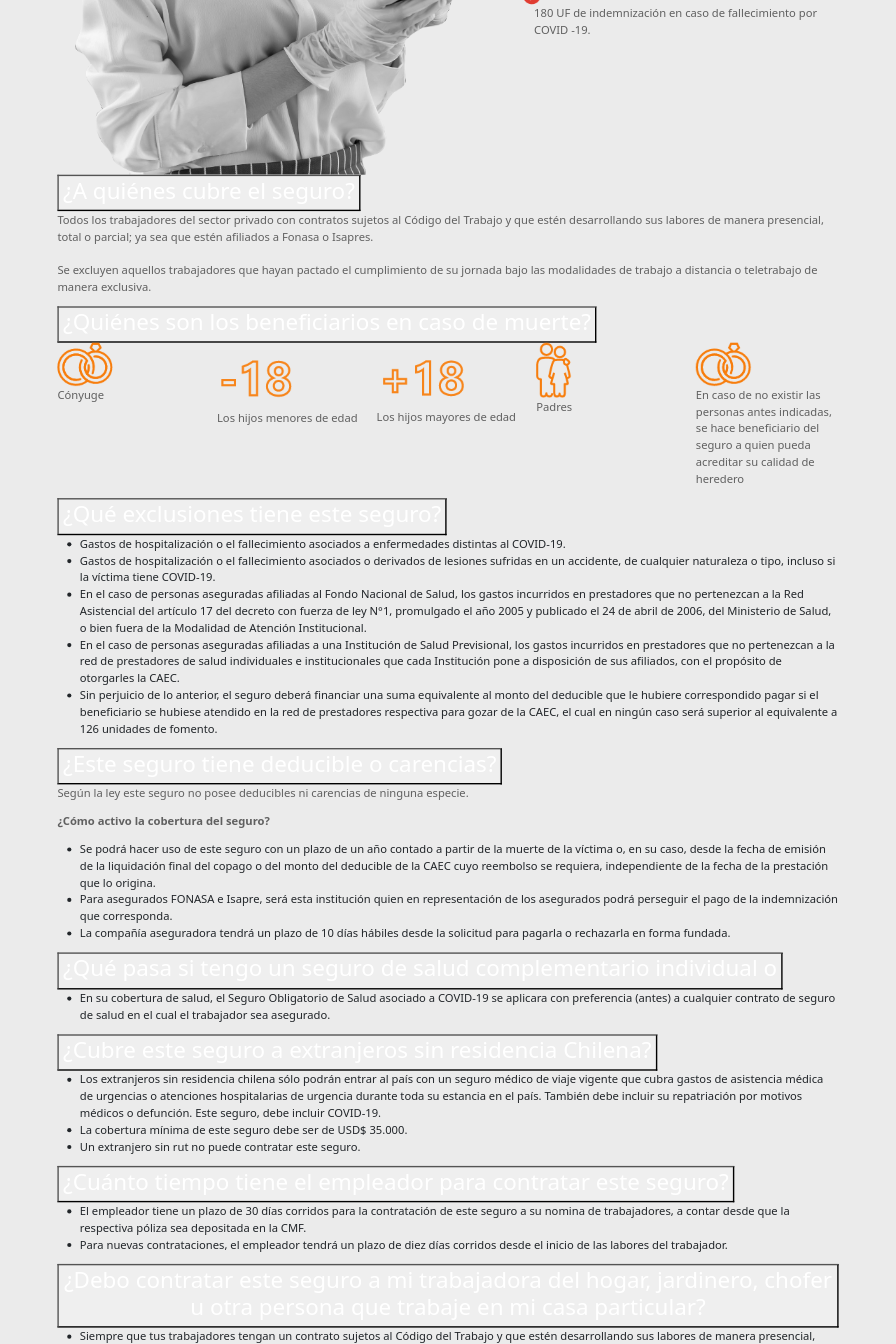
Repository: Darigo30/vidacamara
Page: index.html
An editor plug-in stored every save of this project. The page is shown before and after the next save, followed by the edit.
The browser window is 1280 px wide. The pictures show the part of the page from y = 1571 to 3491 px (the page is 3851 px tall before and 4271 px after), at 70% of full size.
Some web fonts or font styles are not loaded; a fallback is used. Some web libraries are served in a nearby version.

Above is the page before, as saved 2021-07-30 07:53:38.

After the next save:
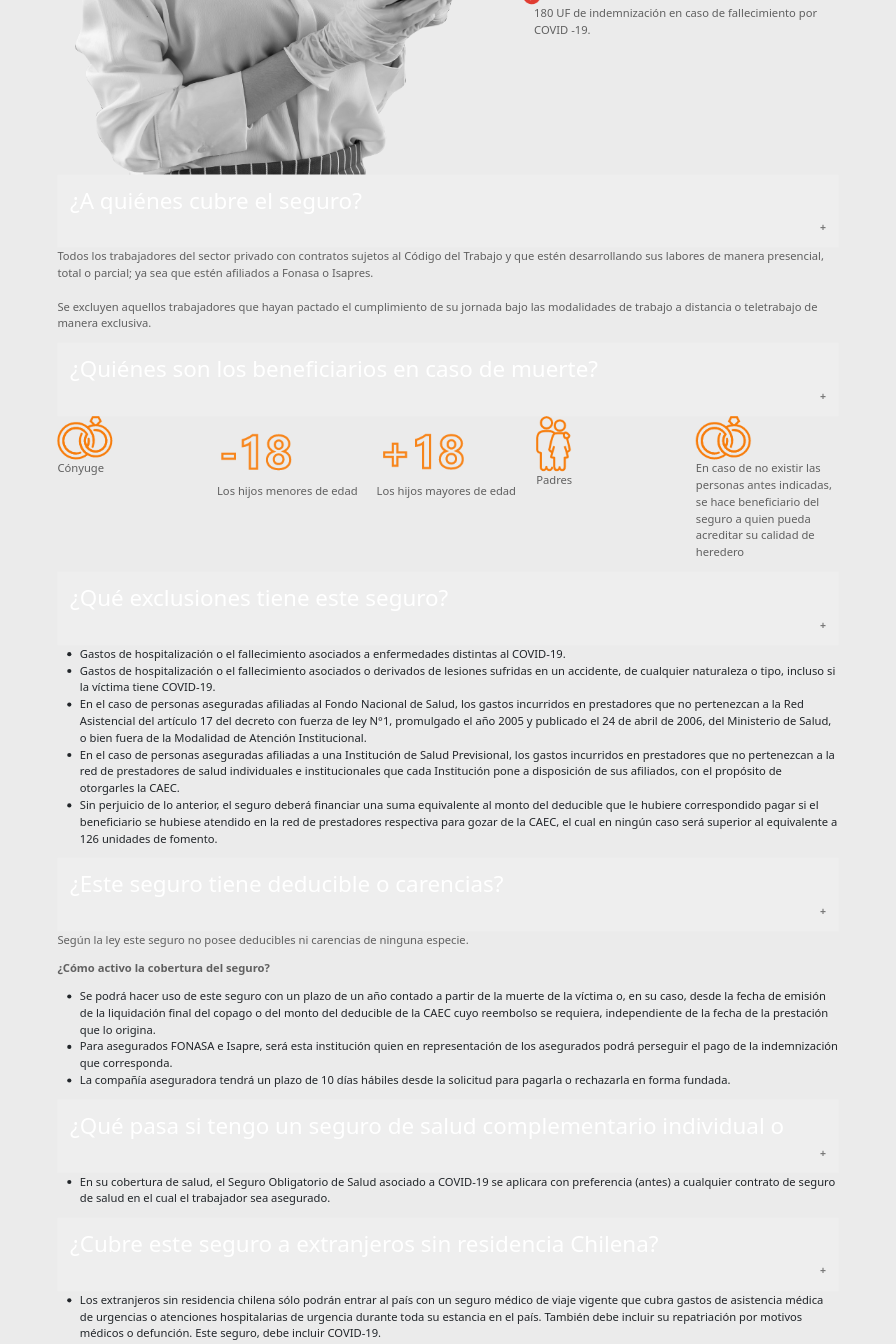
Saved 4 s later.
--- a/index.html
+++ b/index.html
@@ -187,7 +187,7 @@
         <div class="container">
             <div class="row">
             <div class="col-12">
-                <button class="accoo-inf__accordion"><h2>¿A quiénes cubre el seguro?</h2></button>
+                <button class="accordion"><h2>¿A quiénes cubre el seguro?</h2></button>
                 <div class="accordion__panel">
                 <p>
                     Todos los trabajadores del sector privado con contratos
@@ -200,7 +200,7 @@
                     distancia o teletrabajo de manera exclusiva.
                 </p>
                 </div>
-                <button class="accoo-inf__accordion"><h2>¿Quiénes son los beneficiarios en caso de muerte?</h2></button>
+                <button class="accordion"><h2>¿Quiénes son los beneficiarios en caso de muerte?</h2></button>
                 <div class="accordion__panel">
                     <div class="row">
                         <div class="col">
@@ -247,7 +247,7 @@
                         </div>
                     </div>
                 </div>
-                <button class="accoo-inf__accordion"><h2>¿Qué exclusiones tiene este seguro?</h2></button>
+                <button class="accordion"><h2>¿Qué exclusiones tiene este seguro?</h2></button>
                 <div class="accordion__panel">
                 <ul>
                     <li>Gastos de hospitalización o el fallecimiento asociados a enfermedades distintas al COVID-19.</li>
@@ -264,7 +264,7 @@
                     </li>
                 </ul>
                 </div>
-                <button class="accoo-inf__accordion"><h2>¿Este seguro tiene deducible o carencias?</h2></button>
+                <button class="accordion"><h2>¿Este seguro tiene deducible o carencias?</h2></button>
                 <div class="accordion__panel">
                     <p>Según la ley este seguro no posee deducibles ni carencias de ninguna especie.</p>
                     <p><strong>¿Cómo activo la cobertura del seguro?</strong></p>
@@ -280,7 +280,7 @@
                     </li>
                 </ul>
                 </div>
-                <button class="accoo-inf__accordion"><h2>¿Qué pasa si tengo un seguro de salud complementario individual o</h2></button>
+                <button class="accordion"><h2>¿Qué pasa si tengo un seguro de salud complementario individual o</h2></button>
                 <div class="accordion__panel">
                 <ul>
                     <li>En su cobertura de salud, el Seguro Obligatorio de Salud asociado a COVID-19 se aplicara con preferencia (antes) a cualquier contrato de seguro
@@ -288,7 +288,7 @@
                     </li>
                 </ul>
                 </div>
-                <button class="accoo-inf__accordion"><h2>¿Cubre este seguro a extranjeros sin residencia Chilena?</h2></button>
+                <button class="accordion"><h2>¿Cubre este seguro a extranjeros sin residencia Chilena?</h2></button>
                 <div class="accordion__panel">
                 <ul>
                     <li>Los extranjeros sin residencia chilena sólo podrán entrar al país con un seguro médico de viaje vigente que cubra gastos de asistencia médica de
@@ -299,7 +299,7 @@
                     <li>Un extranjero sin rut no puede contratar este seguro. </li>
                 </ul>
                 </div>
-                <button class="accoo-inf__accordion"><h2>¿Cuánto tiempo tiene el empleador para contratar este seguro?</h2></button>
+                <button class="accordion"><h2>¿Cuánto tiempo tiene el empleador para contratar este seguro?</h2></button>
                 <div class="accordion__panel">
                 <ul>
                     <li>El empleador tiene un plazo de 30 días corridos  para la contratación de este seguro a su nomina de trabajadores, a contar desde que la
@@ -309,7 +309,7 @@
                     </li>
                 </ul>
                 </div>
-                <button class="accoo-inf__accordion"><h2 class="accordion__ult">¿Debo contratar este seguro a mi trabajadora del hogar, jardinero,
+                <button class="accordion"><h2 class="accordion__ult">¿Debo contratar este seguro a mi trabajadora del hogar, jardinero,
                 chofer u otra persona que trabaje en mi casa particular?</h2></button>
                 <div class="accordion__panel">
                 <ul>
